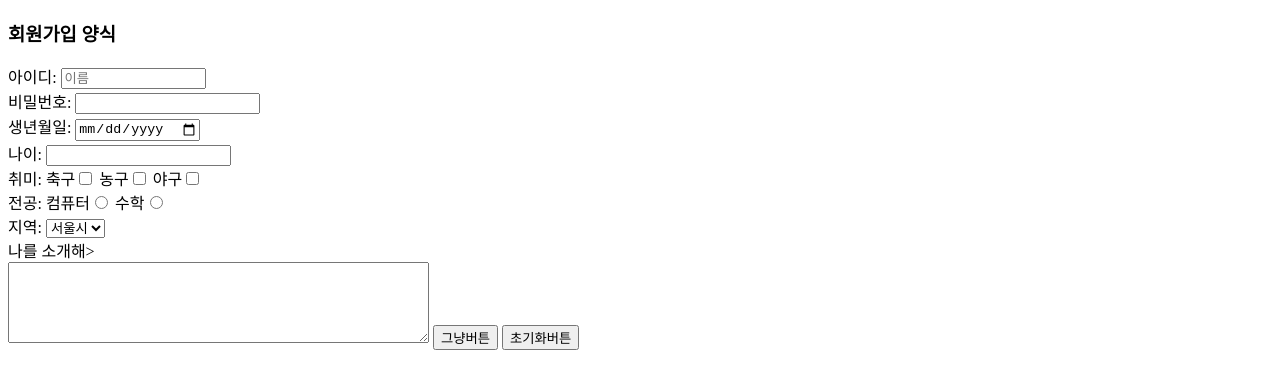
Repository: YeonHaw/jsp
Page: JSPBasic/src/main/webapp/HTML/Index05.html
These files come from the project's save history. The page is drawn as it stood at one moment and after the next save; the edit follows.
The browser window is 1280 px wide. The pictures show the whole page.

Above is the page before, as saved 2023-12-27 03:15:54.

### JSPBasic/src/main/webapp/HTML/Index05.html
<!DOCTYPE html>
<html>
<head>
<meta charset="UTF-8">
<title>Insert title here</title>
</head>
<body>
<!--폼은 나중에, 데이터를 전송하기위한 역할 -->
<h3> 회원가입 양식</h3>

<from>
	아이디: <input type="text" name="ID" size="15" maxlength="5" placeholder="이름"><br>
	비밀번호: <input type="password" name="pw"><br>
	생년월일: <input type="date" name="brith"><br>
	나이: <input type="number" name="age"><br>
<!--체크박스, 라디오버튼 같은 경우 동일한 그룹인 경우, 동일한 이름으로 묶어준다-->
	취미:
	축구<input type="checkbox" name="al">
	농구<input type="checkbox" name="al">
	야구<input type="checkbox" name="al">

	<br>
	전공:
	컴퓨터<input type="radio"name="bl">
	수학<input type="radio"name="bl">

	<br>
	지역:
	<select name="region">
		<option>서울시</option>
		<option>경기도</option>
		<option>제주도</option>
	</select>
	<br>
	나를 소개해><br>

	<!--기능없는 버튼(JS기능을 붙여서 사용)-->
	<textarea rows="5" cols="50"></textarea>
	<input type="button" value="그냥버튼">

	<!-- 폼양식을 초기화 -->
	<input type="reset" value="초기화버튼">



</from>
</body>
</html>

After the next save:
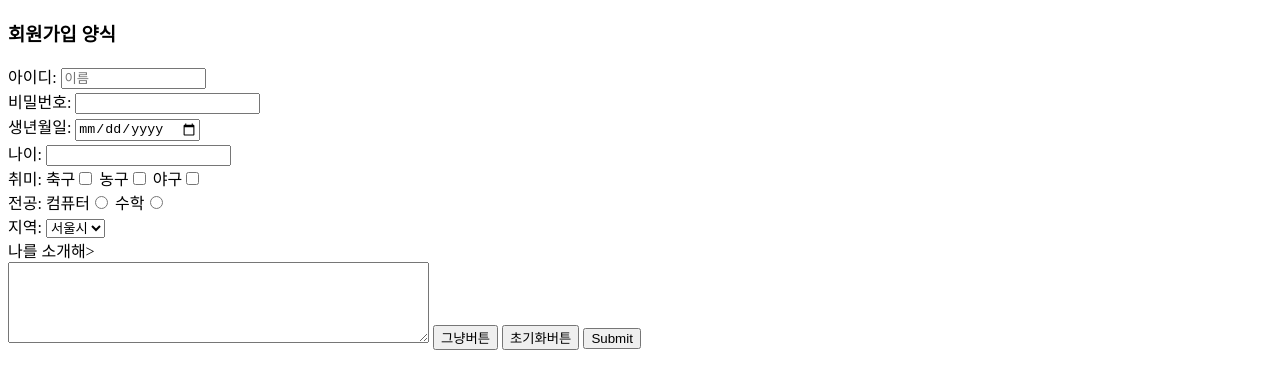
Saved 80 s later.
--- a/JSPBasic/src/main/webapp/HTML/Index05.html
+++ b/JSPBasic/src/main/webapp/HTML/Index05.html
@@ -40,7 +40,8 @@
 
 	<!-- 폼양식을 초기화 -->
 	<input type="reset" value="초기화버튼">
-
+	<!-- 서브밋 -->
+	<input type="submit">
 
 
 </from>
